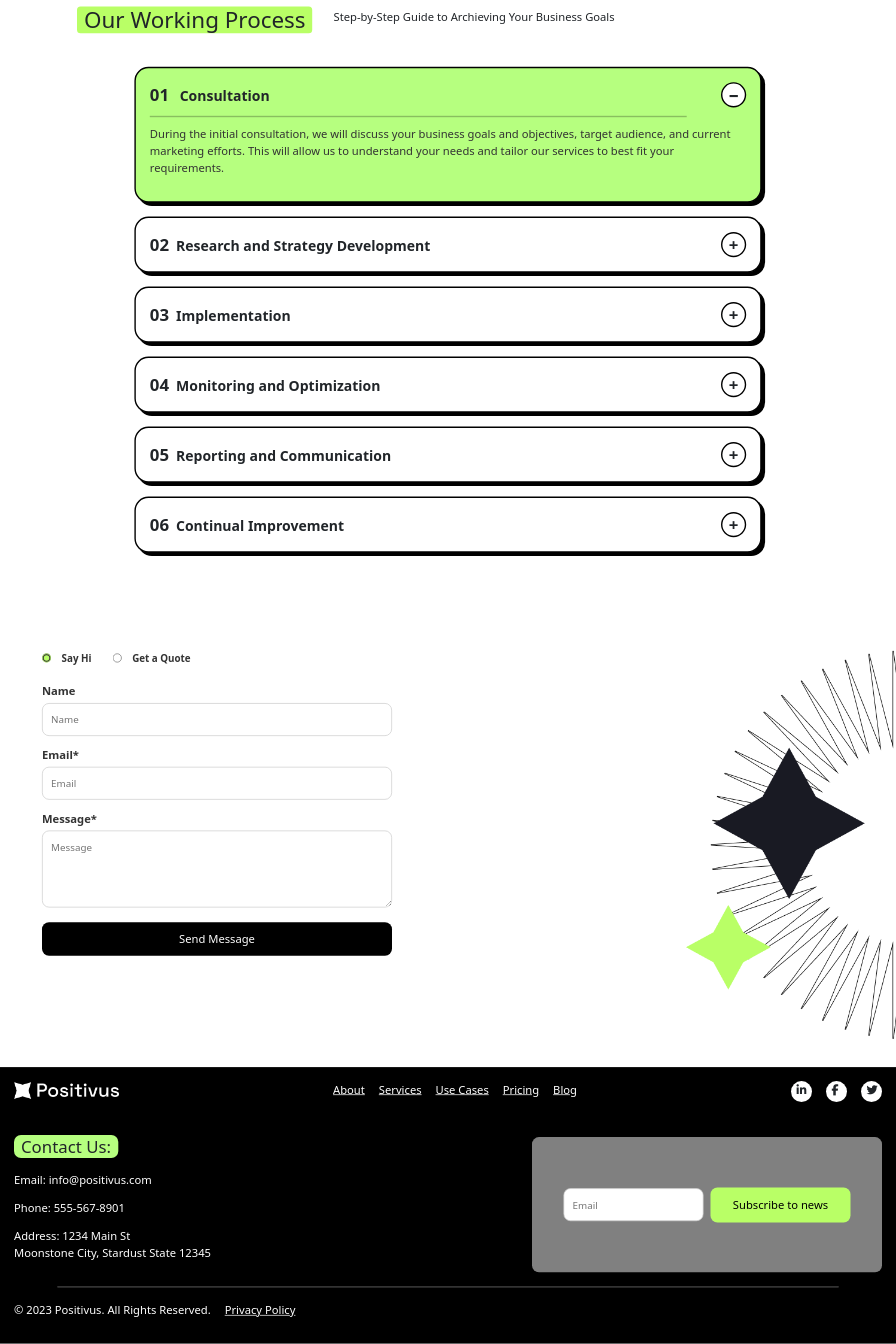
Repository: inshaabbas/CSS-Hackathon-SMIT
Page: index.html
An editor plug-in stored every save of this project. The page is shown before and after the next save, followed by the edit.
The browser window is 1280 px wide. The pictures show the part of the page from y = 1248 to 3168 px (the page is 3168 px tall), at 70% of full size.
A picture or video elsewhere on the page could not be fetched, so the positions and the page height are approximate.

Above is the page before, as saved 2025-06-25 11:46:30.

### index.html
<!DOCTYPE html>
<html lang="en">
<head>
    <meta charset="UTF-8">
    <meta name="viewport" content="width=device-width, initial-scale=1.0">
    <title>CSS Hackathon</title>
    <!-- Bootstrap CDN -->
     <link href="https://cdn.jsdelivr.net/npm/bootstrap@5.3.7/dist/css/bootstrap.min.css" rel="stylesheet" integrity="sha384-LN+7fdVzj6u52u30Kp6M/trliBMCMKTyK833zpbD+pXdCLuTusPj697FH4R/5mcr" crossorigin="anonymous">
    <!-- Font Awesome CDN -->
     <link rel="stylesheet" href="https://cdnjs.cloudflare.com/ajax/libs/font-awesome/6.7.2/css/all.min.css" integrity="sha512-Evv84Mr4kqVGRNSgIGL/F/aIDqQb7xQ2vcrdIwxfjThSH8CSR7PBEakCr51Ck+w+/U6swU2Im1vVX0SVk9ABhg==" crossorigin="anonymous" referrerpolicy="no-referrer"/>
    <!-- External Style Sheet -->
     <link rel="stylesheet" href="./style.css">
</head>
<body>
    <!-- Header Section Starts -->
    <header class="container-xxl">
      <div class="fixed-top">
         <nav class="navbar navbar-expand-lg bg-body-tertiary">
  <div class="container-fluid">
    <a class="navbar-brand" href="#"><img src="./Assets/logo.png" alt="Logo" width="150px"></a>
    <button class="navbar-toggler" type="button" data-bs-toggle="collapse" data-bs-target="#navbarSupportedContent" aria-controls="navbarSupportedContent" aria-expanded="false" aria-label="Toggle navigation">
      <span class="navbar-toggler-icon"></span>
    </button>
    <div class="collapse navbar-collapse" id="navbarSupportedContent">
      <ul class="navbar-nav ms-auto me-3 gap-4 mb-2 mb-lg-0">
        <li class="nav-item">
          <a class="nav-link active" aria-current="page" href="#">Aboutus</a>
        </li>
        <li class="nav-item">
          <a class="nav-link active" href="#">Services</a>
        </li>
        <li class="nav-item">
          <a class="nav-link active" aria-disabled="true">User Cases</a>
        </li>
        <li class="nav-item">
          <a class="nav-link active" aria-current="page" href="#">Pricing</a>
        </li>
        <li class="nav-item">
          <a class="nav-link active" aria-current="page" href="#">Blog</a>
        </li>
      </ul>
        <button class="btn btn-outline-dark" type="submit">Request a Quote</button>
      </form>
    </div>
  </div>
</nav>
      </div>
    </header>
    <!-- Header Section Ends -->

    <!-- Hero Section Starts -->
     <section class="hero-sec container-xxl">
        <div class="hero-text">
            <h2>Navigating the digital landscape for success</h2>
            <p>Lorem ipsum dolor sit amet consectetur adipisicing elit. Nihil sapiente officia omnis rerum, vitae nesciunt ad obcaecati sint quam accusantium Lorem ipsum dolor sit amet consectetur adipisicing elit. Quaerat nobis quos soluta accusantium perspiciatis quas ducimus dicta accusamus eius, sint adipisci cum minima aliquam debitis expedita nam eos, consectetur quasi.</p>
            <button type="button" class="btn btn-dark">Book a consultation</button>
        </div>
        <div class="hero-img">
            <img src="./Assets/hero-sec-img.png" alt="Hero Section Img" width="450px" height="330px">
        </div>
     </section>
    <!-- Hero Section Ends -->

    <!-- Social Section Starts -->
     <section class="social-sec container-xxl">
       <img src="./Assets/Amazon.png" alt="Amazon">
       <img src="./Assets/Dribbble.png" alt="Dribbble">
       <img src="./Assets/Hubspot-icon-removebg-preview.png" alt="Hubspot">
       <img src="./Assets/Notion.png" alt="Notion">
       <img src="./Assets/Netflix.png" alt="Netflix" class="gray">
       <img src="./Assets/Zoom.png" alt="Zoom" class="gray">
     </section>
    <!-- Social Section Ends -->

    <!-- Service Section Starts -->
     <section class="service-sec container-xxl">
      <div class="service-head">
        <h2>Services</h2>
        <p>Lorem ipsum dolor sit amet consectetur adipisicing elit. Ad, aliquam assumenda. Perspiciatis necessitatibus ullam possimus illum consequatur dolores quasi ut.</p>
      </div>
      <div class="service-cards">
        <div class="service-card-1 hover-img">
          <div class="ser-card-1-text">
             <h3>Search engine <br> optimization</h3>
             <p><img src="./Assets/service-icon.png" alt="Service Icon" width="30px">Learn More</p>
          </div>
          <div class="ser-card-1-img">
            <img src="./Assets/Service-card-1img.png" alt="">
          </div>
        </div>
        <div class="service-card-2 hover-img">
          <div class="ser-card-2-text">
             <h3>Search engine <br> optimization</h3>
             <p><img src="./Assets/service-icon.png" alt="Service Icon" width="30px">Learn More</p>
          </div>
          <div class="ser-card-2-img">
            <img src="./Assets/Service-card-2-img.png" alt="">
          </div>
        </div>
      </div>
     </section>
    <!-- Service Section Ends -->

     <!-- Working section Starts -->
     <section class="working-section container-xxl">
      <div class="working-head">
        <h2>Our Working Process</h2>
        <p>Step-by-Step Guide to Archieving Your Business Goals</p>
      </div>
      <div class="faq-section">
  <details open>
    <summary><span><span class="number">01</span> Consultation</span> <span class="plus"></span></summary>
    <hr class="divider">
    <div class="faq-content">
      <p>During the initial consultation, we will discuss your business goals and objectives, target audience, and current marketing efforts. This will allow us to understand your needs and tailor our services to best fit your requirements.</p>
    </div>
  </details>

  <details>
    <summary><span><span class="number">02</span>Research and Strategy Development</span> <span class="plus"></span></summary>
    <hr class="divider">
    <div class="faq-content">
      We research your market and competitors to develop a custom strategy aligned with your business goals.
    </div>
  </details>

   <details>
    <summary><span><span class="number">03</span>Implementation</span> <span class="plus"></span></summary>
    <hr class="divider">
    <div class="faq-content">
      We research your market and competitors to develop a custom strategy aligned with your business goals.
    </div>
  </details>

   <details>
    <summary><span><span class="number">04</span>Monitoring and Optimization</span> <span class="plus"></span></summary>
    <hr class="divider">
    <div class="faq-content">
      We research your market and competitors to develop a custom strategy aligned with your business goals.
    </div>
  </details>

   <details>
    <summary><span><span class="number">05</span>Reporting and Communication</span> <span class="plus"></span></summary>
    <hr class="divider">
    <div class="faq-content">
      We research your market and competitors to develop a custom strategy aligned with your business goals.
    </div>
  </details>

   <details>
    <summary><span><span class="number">06</span>Continual Improvement</span> <span class="plus"></span></summary>
    <hr class="divider">
    <div class="faq-content">
      We research your market and competitors to develop a custom strategy aligned with your business goals.
    </div>
  </details>
      </div>
      </section>

    <!-- Working section Ends -->

     <!-- Contact section Starts -->
     <section class="contact-section container-xxl">
      <div class="contact-form">
        <form>
          <div class="radio-group">
            <label><input type="radio" name="purpose" checked>Say Hi</label>
            <label><input type="radio" name="purpose"> Get a Quote</label>
          </div>

          <div class="form-group">
            <label for="name">Name</label>
            <input type="text" id="name" name="name" placeholder="Name" required>
          </div>

          <div class="form-group">
            <label for="email">Email*</label>
            <input type="email" id="email" name="email" placeholder="Email" required>
          </div>

          <div class="form-group">
            <label for="message">Message*</label>
            <textarea id="message" name="message" placeholder="Message" rows="4" required></textarea>
          </div>

          <button type="submit" class="send-btn">Send Message</button>
        </form>
       </div>
      <div class="contact-image">
        <img src="./Assets/Contact-img.png" alt="Contact img" width="400px">
      </div>
     </section>

     <!-- Contact section End -->

     <!-- Footer section Starts -->

     <footer>
        <div class="top-footer">
            <div class="fot-logo">
                <img src="./Assets/Foooter-logo.png" alt="Footer logo" width="150px">
            </div>
            <div class="fot-links">
                <li><a href="#">About</a></li>
                <li><a href="#">Services</a></li>
                <li><a href="#">Use Cases</a></li>
                <li><a href="#">Pricing</a></li>
                <li><a href="#">Blog</a></li>
            </div>
            <div class="fot-icons">
                <div class="circle"><i class="fa-brands fa-linkedin-in"></i></div>
                <div class="circle"><i class="fa-brands fa-facebook-f"></i></div>
                <div class="circle"><i class="fa-brands fa-twitter"></i></div>
            </div>
        </div>

        <div class="fot-contact">
            <div class="fot-text">
                <h4>Contact Us:</h4>
                <p style="margin-top: 20px;">Email: info@positivus.com</p>
                <p>Phone: 555-567-8901</p>
                <p>Address: 1234 Main St <br> Moonstone City, Stardust State 12345</p>
            </div>
            <div class="fot-input">
                <input type="text" placeholder="Email">
                <button class="btn-sub">Subscribe to news</button>
            </div>
        </div>
        <hr>
        <div class="bot-foot">
            <p>© 2023 Positivus. All Rights Reserved.</p>
            <a href="#">Privacy Policy</a>
        </div>
     </footer>








<script src="https://cdn.jsdelivr.net/npm/@popperjs/core@2.11.8/dist/umd/popper.min.js" integrity="sha384-I7E8VVD/ismYTF4hNIPjVp/Zjvgyol6VFvRkX/vR+Vc4jQkC+hVqc2pM8ODewa9r" crossorigin="anonymous"></script>
<script src="https://cdn.jsdelivr.net/npm/bootstrap@5.3.7/dist/js/bootstrap.min.js" integrity="sha384-7qAoOXltbVP82dhxHAUje59V5r2YsVfBafyUDxEdApLPmcdhBPg1DKg1ERo0BZlK" crossorigin="anonymous"></script>
</body>
</html>

### style.css
.hover-img{
    transition: transform 0.3s ease;
}

.hover-img:hover{
    transform: scale(1.1);
}

.hero-sec{
    display: flex;
    justify-content: space-around;
    align-items: center;
    padding: 20px;
    height: 500px;
    padding-top: 80px;
}

.hero-text{
    width: 50%;
}

.hero-text h2{
    font-size: 35px;
    font-weight: bold;
}

@media screen and (max-width: 1010px) {
    .hero-img img{
        width: 350px;
        height: 300px;
    }
    .hero-sec{
        height: auto;
    }
}

@media screen and (max-width: 800px){
    .hero-sec{
        flex-direction: column;
        gap: 50px;
    }

    .hero-text{
    width: 100%;
}

.hero-img img{
    width: 300px;
    height: 250px;
}
}

/* Hero Section End */

/* Social Section Starts */
.social-sec{
    height: auto;
    display: flex;
    justify-content: center;
    align-items: center;
    gap: 40px;
    flex-wrap: wrap;
    padding: 20px;
    margin-top: 40px;
}

.social-sec img{
    width: 120px;
}

.gray{
    filter: grayscale(100%);
}

/* Social Section Ends */


/* Service Section Starts */

.service-sec{
    height: auto;
    margin-top: 40px;
    padding: 40px 10px;
}

.service-head{
    display: flex;
    margin-left: 100px;
    gap: 30px;
}

.service-head h2{
    background-color: #b9ff66;
    padding: 0px 10px;
    border-radius: 5px;
    font-size: 40px;
}

.service-head p{
    width: 600px;
}

.service-cards{
    padding-top: 40px;
    display: flex;
    justify-content: center;
    align-items: center;
    flex-wrap: wrap;
    gap: 40px;
    padding: 20px;
}

/* Card 1  */
.service-card-1{
    display: flex;
    justify-content: space-between;
    width: 500px;
    height: 280px;
    background-color: #f3f3f3;
    border-radius: 30px;
    padding: 20px;
    border-bottom: black solid 4px;
    border-top: black solid 1px;
    border-left: black solid 1px;
    border-right: black solid 1px;
}

.service-card-1 p img{
    margin-right: 10px;
}

.service-card-1 p{
    margin-top: 100px;
}

.ser-card-1-img{
    display: flex;
    justify-content: center;
    align-items: center;
}

.ser-card-1-text h3{
    background-color: #b9ff66;
    padding: 5px 10px;
    border-radius: 5px;
}

/* Card 2 */

.service-card-2{
    display: flex;
    justify-content: space-between;
    width: 500px;
    height: 280px;
    background-color: #b9ff66;
    border-radius: 30px;
    padding: 20px;
    border-bottom: black solid 4px;
    border-top: black solid 1px;
    border-left: black solid 1px;
    border-right: black solid 1px;
}

.service-card-2 p img{
    margin-right: 10px;
}

.service-card-2 p{
    margin-top: 100px;
}

.ser-card-2-img{
    display: flex;
    justify-content: center;
    align-items: center;
}

.ser-card-2-text h3{
    background-color: #f3f3f3;
    padding: 5px 10px;
    border-radius: 5px;
}

@media screen and (max-width: 865px){
    .service-head{
        flex-direction: column;
        justify-content: center;
        align-items: center;
        text-align: center;
        margin-left: 0px;
        gap: 10px;
    }

    .service-head p{
        width: 100%;
    }
}

@media screen and (max-width: 500px){
    .service-head p{
        font-size: 13px;
    }

    .service-card-2{
        height: 230px;
    }
    .ser-card-2-img img{
        width: 180px;
    }

    .ser-card-2-text h3{
        font-size: 20px;
    }

    .ser-card-2-text p{
        font-size: 13px;
    }

    .service-card-1{
        height: 230px;
    }
    .ser-card-1-img img{
        width: 180px;
    }

    .ser-card-1-text h3{
        font-size: 20px;
    }

    .ser-card-1-text p{
        font-size: 15px;
    }
}

    @media screen and (max-width: 440px){
    .service-head p{
        font-size: 10px;
    }

    .ser-card-2-img img{
        width: 120px;
    }

    .ser-card-2-text h3{
        font-size: 14px;
    }

    .ser-card-2-text p{
        font-size: 12px;
    }

    .ser-card-1-img img{
        width: 120px;
    }

    .ser-card-1-text h3{
        font-size: 14px;
    }

    .ser-card-1-text p{
        font-size: 12px;
    }
}

/* Service Section Ends*/

/* Working Section Starts */

.working-section{
    height: auto;
    margin-top: 20px;
    padding: 40px 10px;
}

.working-head{
    display: flex;
    align-items: center;
    margin-left: 100px;
    gap: 30px;
}

.working-head h2{
    background-color: #b9ff66;
    padding: 0px 10px;
    border-radius: 5px;
}

.working-head p{
    width: 100%;
    max-width: 600px;
}

.faq-section{
    display: flex;
    flex-direction: column;
    justify-content: center;
    align-items: center;
    margin-top: 40px;
    padding: 0px 10px;
}

details {
      border: 2px solid #000;
      border-radius: 20px;
      margin-bottom: 20px;
      padding: 20px;
      box-shadow: 5px 5px 0 #000;
      background-color: #fff;
      transition: all 0.3s ease;
      width: 70vw;
    }

    details[open] {
      background-color: #b6ff7f;
    }

    summary {
      list-style: none;
      cursor: pointer;
      font-weight: bold;
      font-size: 20px;
      display: flex;
      justify-content: space-between;
      align-items: center;
    }

    summary::-webkit-details-marker {
      display: none;
    }

    .number {
      font-size: 24px;
      margin-right: 10px;
    }

    .plus::after {
      content: "+";
      font-size: 24px;
      width: 36px;
      height: 36px;
      display: inline-flex;
      align-items: center;
      justify-content: center;
      border: 2px solid #000;
      border-radius: 50%;
      background: #fff;
    }

    details[open] .plus::after {
      content: "−";
    }

    .faq-content {
      margin-top: 10px;
      font-size: 16px;
      line-height: 1.5;
      color: #333;
    }

    .divider {
      display: none;
      border: none;
      border-top: 2px solid #000;
      margin: 12px 0;
    }

    details[open] .divider {
      display: block;
    }

    details[open] .faq-content {
      display: block;
    }


@media screen and (max-width: 1084px){
    .working-head{
        flex-direction: column;
        justify-content: center;
        align-items: center;
        text-align: center;
        gap: 10px;
        margin-left: 0px;
    }
}

@media screen and (max-width: 700px){
    summary span{
        font-size: 16px;
    }

    .number{
        font-size: 16px;
    }

    .plus::after{
        font-size: 20px;
        width: 25px;
        height: 25px;
    }

    details{
        width: 90vw;
    }
}

@media screen and (max-width: 420px){
    summary span{
        font-size: 13px;
    }

    .number{
        font-size: 14px;
    }
}
/* Working Section Ends */

/* Contact Section Starts */

.contact-section{
    display: flex;
    justify-content: space-between;
    height: auto;
    margin-top: 20px;
    padding: 60px 0px 40px 20px
}

.contact-form{
    width: 100%;
    margin-left: 40px;
}

.radio-group {
  display: flex;
  gap: 30px;
  margin-bottom: 20px;
  font-size: 14px;
}

.radio-group label{
  display: flex;
  align-items: center;
  gap: 15px;
  font-size: 14px;
  color: #333;
  cursor: pointer;
  /* width: 100px; */
  white-space: nowrap
}


input[type="radio"] {
  accent-color: #b9ff66;
}

.form-group {
  margin-bottom: 15px;
}

label {
  display: block;
  margin-bottom: 5px;
  font-weight: bold;
  color: #333;
}

input,
textarea {
  width: 100%;
  max-width: 500px;
  padding: 12px;
  font-size: 14px;
  border: 1px solid #ccc;
  border-radius: 10px;
  box-sizing: border-box;
}

.send-btn{
  background-color: #000;
  color: #fff;
  border: none;
  padding: 12px;
  width: 100%;
  max-width: 500px;
  border-radius: 10px;
  font-size: 16px;
  cursor: pointer;
  transition: background-color 0.3s;
}

.send-btn:hover {
  background-color: #333;
}

.contact-image {
  flex: 1;
  text-align: right;
  min-width: 300px;
  overflow-x: hidden;
}

@media screen and (max-width: 890px){
    .contact-image img {
        display: none;
    }

    .contact-section {
        flex-direction: column;
        align-items: center;
        padding: 30px 20px;
    }

    .contact-form {
        margin-left: 0;
        width: 100%;
        display: flex;
        flex-direction: column;
        align-items: center;
    }

    .form-group,
    input,
    textarea,
    .send-btn {
        width: 100%;
        max-width: 600px;
    }
}

/* Contact Section Ends*/

footer{
    height: auto;
    background-color: #000;
    padding: 20px;
}

.top-footer{
    display: flex;
    justify-content: space-between;
}

.fot-links{
    display: flex;
    gap: 20px;
}

.fot-links li{
    list-style: none;
}

.fot-links li a{
    color: white;
    text-decoration: underline;
}

.fot-icons{
    display: flex;
    gap: 20px;
}

.fot-icons .circle{
    width: 30px;
    height: 30px;
    background-color: white;
    border-radius: 50%;
}

.fot-icons .circle i{
    margin-left: 8px;
}

.fot-contact{
    display: flex;
    justify-content: space-between;
    margin-top: 50px;
}

.fot-text h4{
    background-color: #b6ff7f;
    display: inline;
    border-radius: 10px;
    padding: 0px 10px;
}

.fot-text p{
    color: white;
}

.fot-input {
  display: flex;
  justify-content: center;
  align-items: center;
  gap: 10px;
  background-color: gray;
  width: 100%;
  max-width: 500px;
  height: auto;
  border-radius: 10px;
  flex-wrap: wrap;
  padding: 20px;
}


.fot-input input{
    max-width: 200px;
    width: 100%;
}

.btn-sub{
    max-width: 200px;
    width: 100%;
    height: 50px;
    border-radius: 10px;
    border: none;
    background-color: #b9ff66;
}

hr{
    width: 90%;
    color: gray;
    border: 1px white solid;
    margin: 0 auto;
    margin-top: 20px;
}

.bot-foot{
    display: flex;
    gap: 20px;
}

.bot-foot p{
    color: white;
    margin-top: 20px;
}

.bot-foot a{
    color: white;
    margin-top: 20px;
}

@media screen and (max-width: 600px) {
  .fot-input {
    flex-direction: column;
    align-items: center;
    height: auto;
    padding: 20px;
  }

  .fot-input input,
  .btn-sub {
    max-width: 100%;
    width: 100%;
  }
}

@media screen and (max-width: 532px) {
  .fot-input {
    flex-direction: column;
    align-items: center;
    max-width: 100px;
    width: 100%;
  }

  /* .fot-input input,
  .btn-sub {
    width: 100%;
    max-width: 100px;
  } */
}


@media screen and (max-width: 885px){
    .top-footer{
        flex-direction: column;
        gap: 30px;
        align-items: center;
    }

    .fot-contact{
        flex-direction: column;
        gap: 30px;
        align-items: center;
    }

    .fot-input{
        flex-direction: column;
        width: 280px;
    }

    .fot-input{
    max-width: 280px;
    width: 50%;
}
}

@media screen and (max-width: 594px){
    .fot-input{
        max-width: 200px;
        width: 100%;
    }
}

@media screen and (max-width: 505px){
    .bot-foot{
        display: flex;
        flex-direction: column;
        gap: 10px;
    }
}

After the next save:
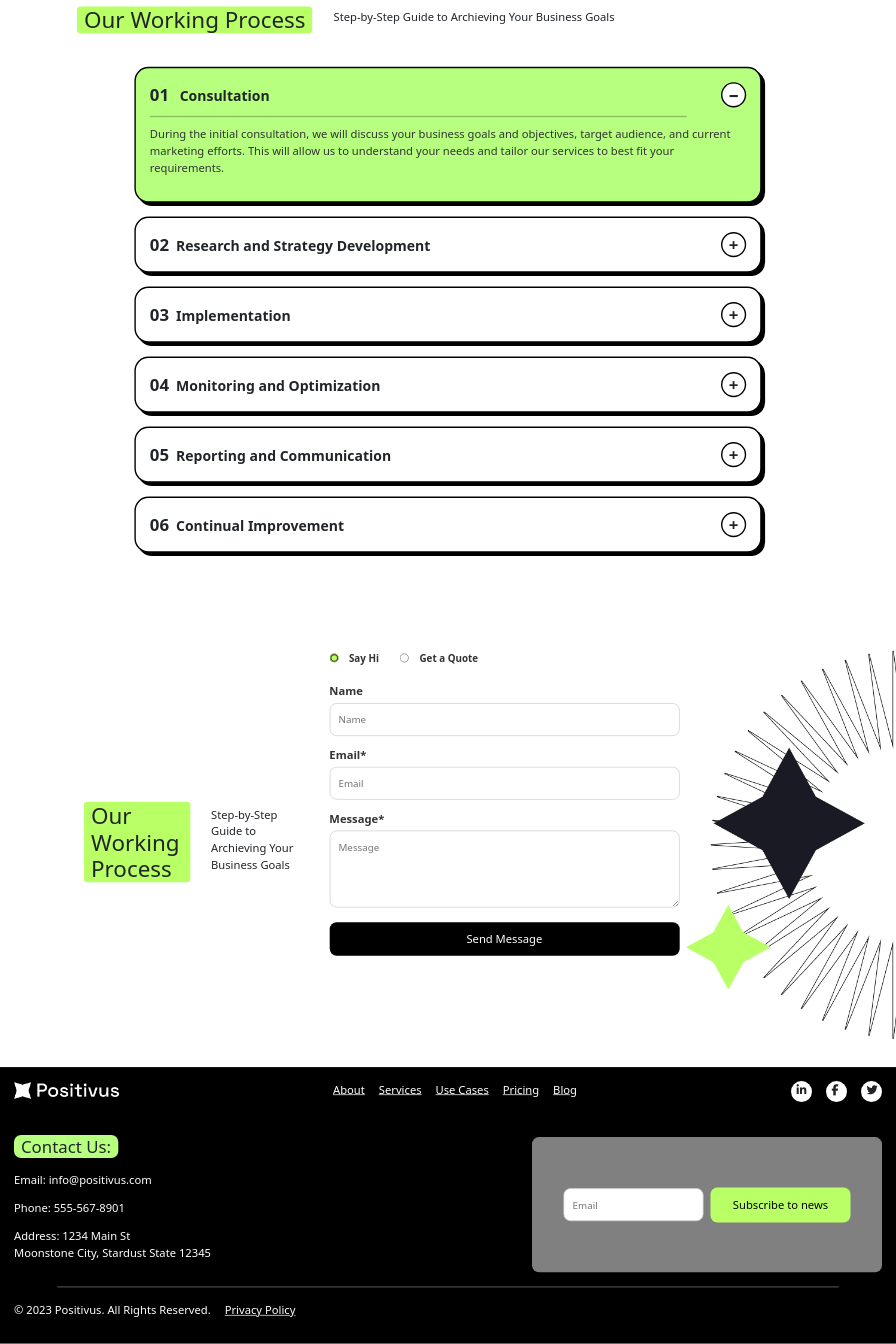
Saved 6 min 7 s later.
--- a/index.html
+++ b/index.html
@@ -162,6 +162,10 @@
 
      <!-- Contact section Starts -->
      <section class="contact-section container-xxl">
+        <div class="working-head">
+        <h2>Our Working Process</h2>
+        <p>Step-by-Step Guide to Archieving Your Business Goals</p>
+      </div>
       <div class="contact-form">
         <form>
           <div class="radio-group">
